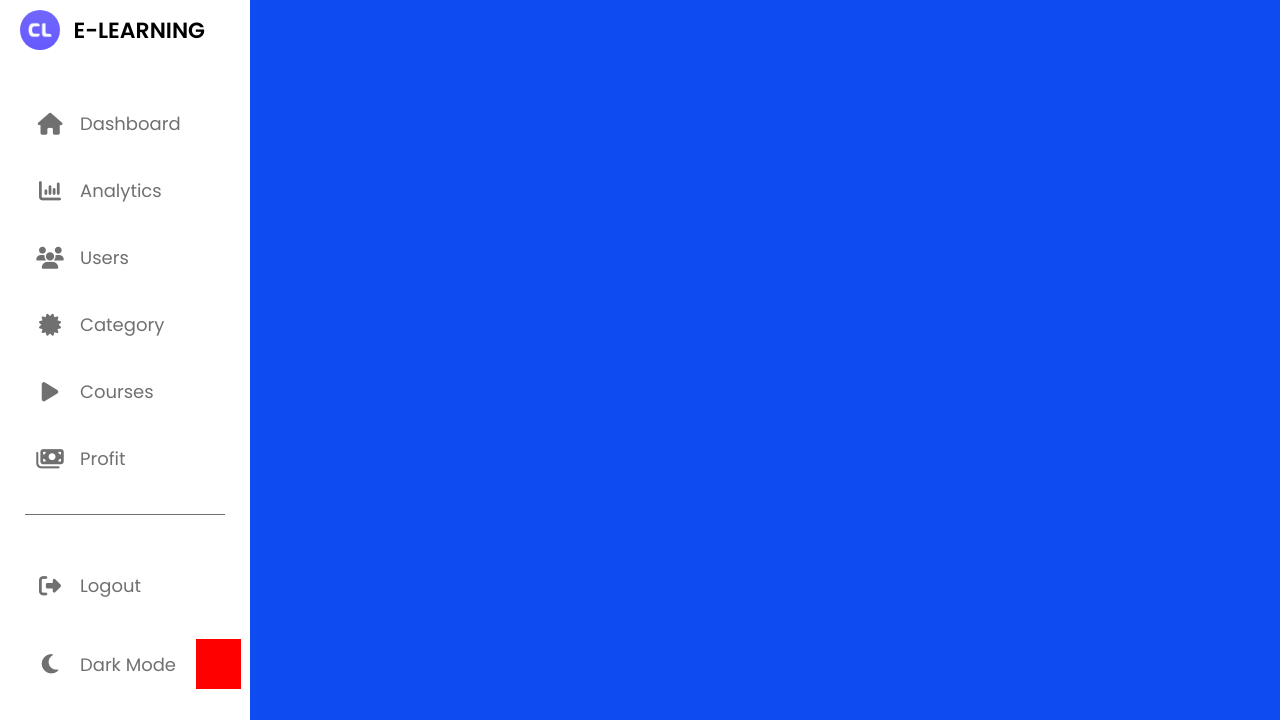
Repository: phamngocthang/practice-html-css
Page: Admin/dist/index.html
An editor plug-in stored every save of this project. The page is shown before and after the next save, followed by the edit.
The browser window is 1280 px wide. The pictures show the whole page.
The style sheet was rebuilt from its Sass, Less or Tailwind sources for each picture, by a compiler version that may differ from the author's.

Above is the page before, as saved 2023-10-24 20:21:05.

After the next save:
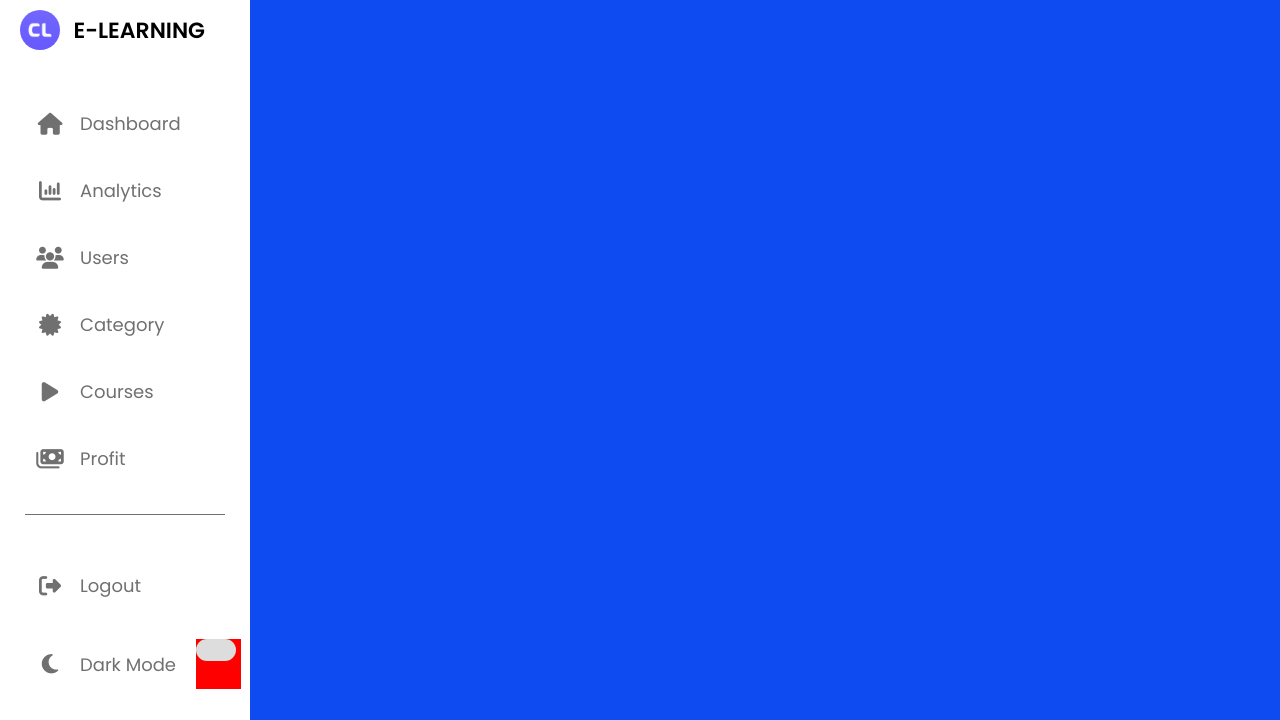
Saved 35 s later.
--- a/Admin/scss/main.scss
+++ b/Admin/scss/main.scss
@@ -123,7 +123,7 @@ nav {
                     min-width: 45px;
                     background-color: red;
 
-                    .menu_switch {
+                    .menu__switch {
                         display: inline-block;
                         border-radius: 25px;
                         position: relative;
